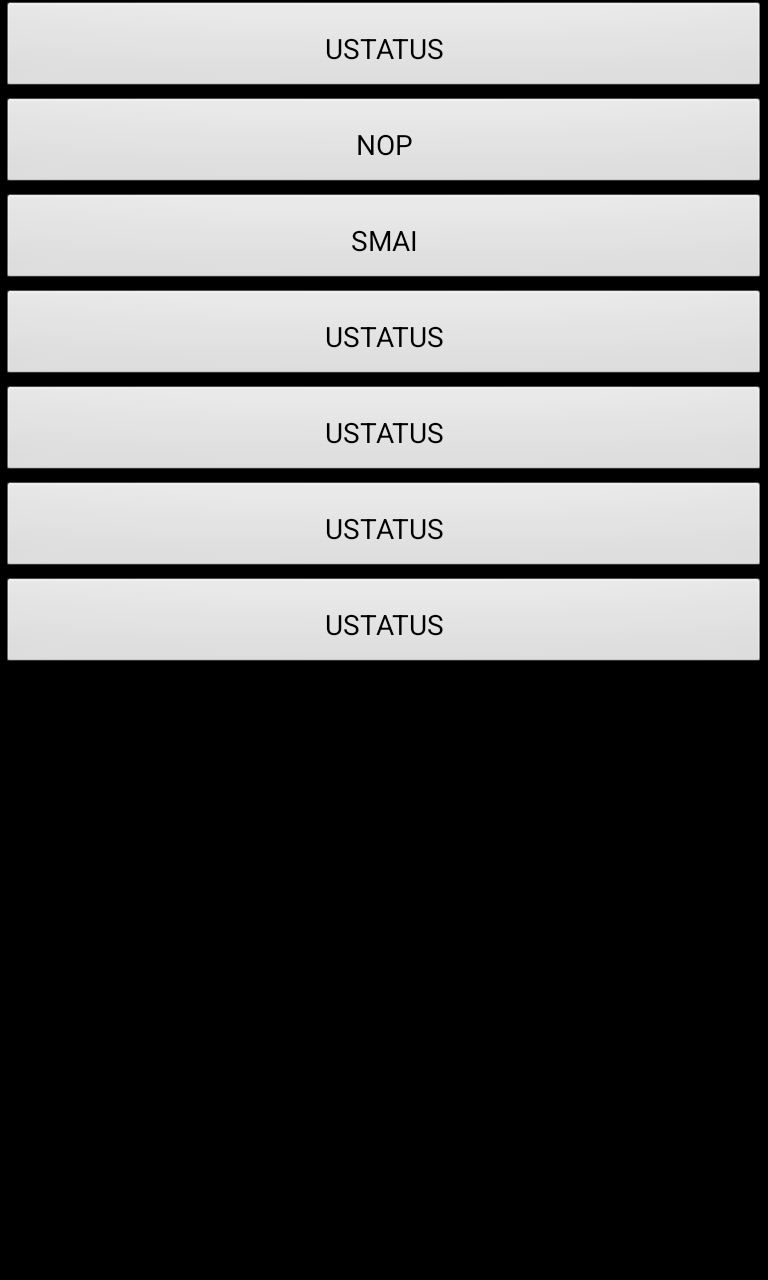
Repository: sergioenriquez/CSTE
Layout: HNAD/res/layout/devcmdtab.xml
An editor plug-in stored every save of this project. The layout is shown before and after the next save, followed by the edit.
It is drawn on a 768 x 1280 px phone screen (xhdpi) without system bars, with theme android:Theme.NoTitleBar; the app's code is not run.

Above is the layout before, as saved 2011-12-19 06:47:46.

### HNAD/res/layout/devcmdtab.xml
<?xml version="1.0" encoding="utf-8"?>
<LinearLayout xmlns:android="http://schemas.android.com/apk/res/android"
    android:layout_width="match_parent"
    android:layout_height="match_parent"
    android:orientation="vertical" >

    <Button
       android:text="USTATUS"
       android:layout_height="wrap_content"
       android:layout_width="match_parent"
       android:layout_gravity="right"
       android:padding="12dp"
       android:gravity="center" />
    <Button
       android:text="NOP"
       android:layout_height="wrap_content"
       android:layout_width="match_parent"
       android:layout_gravity="right"
       android:padding="12dp"
       android:gravity="center" />
    <Button
       android:text="SMAI"
       android:layout_height="wrap_content"
       android:layout_width="match_parent"
       android:layout_gravity="right"
       android:padding="12dp"
       android:gravity="center" />
    <Button
       android:text="USTATUS"
       android:layout_height="wrap_content"
       android:layout_width="match_parent"
       android:layout_gravity="right"
       android:padding="12dp"
       android:gravity="center" />
    <Button
       android:text="USTATUS"
       android:layout_height="wrap_content"
       android:layout_width="match_parent"
       android:layout_gravity="right"
       android:padding="12dp"
       android:gravity="center" />
    <Button
       android:text="USTATUS"
       android:layout_height="wrap_content"
       android:layout_width="match_parent"
       android:layout_gravity="right"
       android:padding="12dp"
       android:gravity="center" />
    <Button
       android:text="USTATUS"
       android:layout_height="wrap_content"
       android:layout_width="match_parent"
       android:layout_gravity="right"
       android:padding="12dp"
       android:gravity="center" />

</LinearLayout>

After the next save:
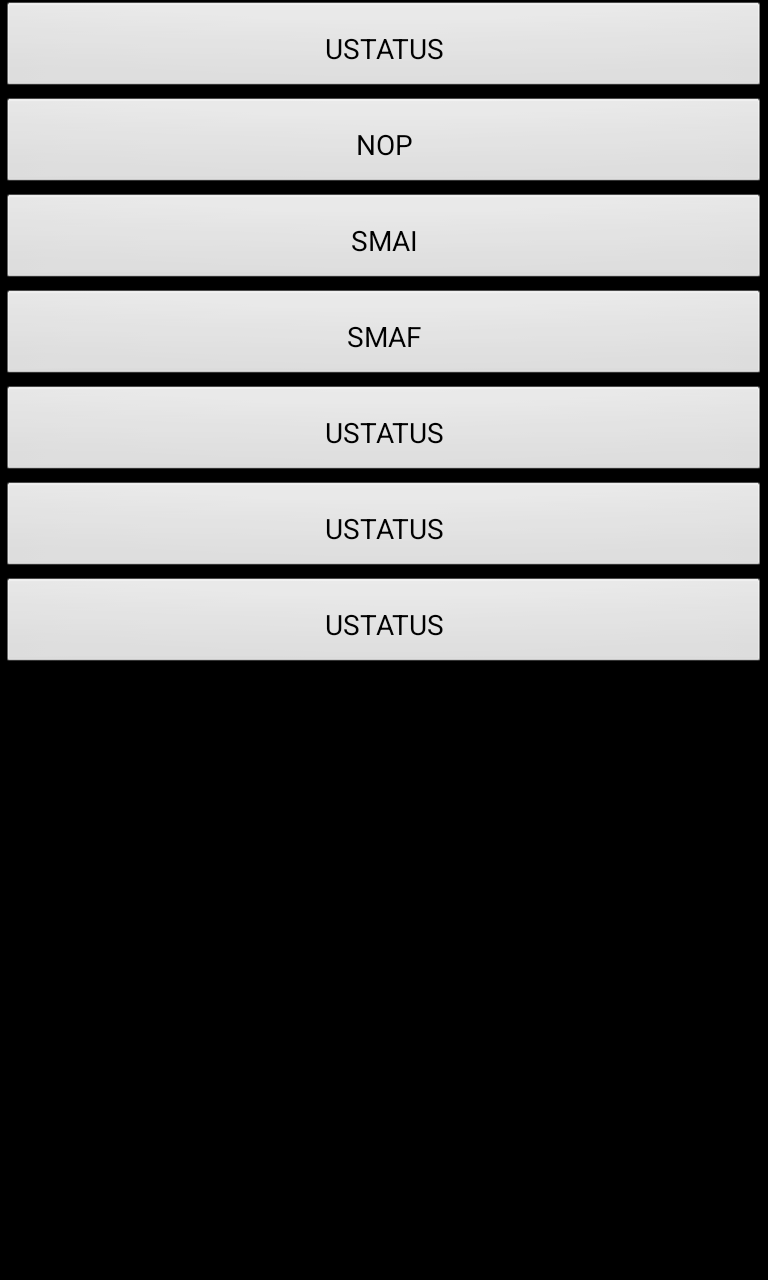
Saved 4 s later.
--- a/HNAD/res/layout/devcmdtab.xml
+++ b/HNAD/res/layout/devcmdtab.xml
@@ -26,7 +26,7 @@
        android:padding="12dp"
        android:gravity="center" />
     <Button
-       android:text="USTATUS"
+       android:text="SMAF"
        android:layout_height="wrap_content"
        android:layout_width="match_parent"
        android:layout_gravity="right"
